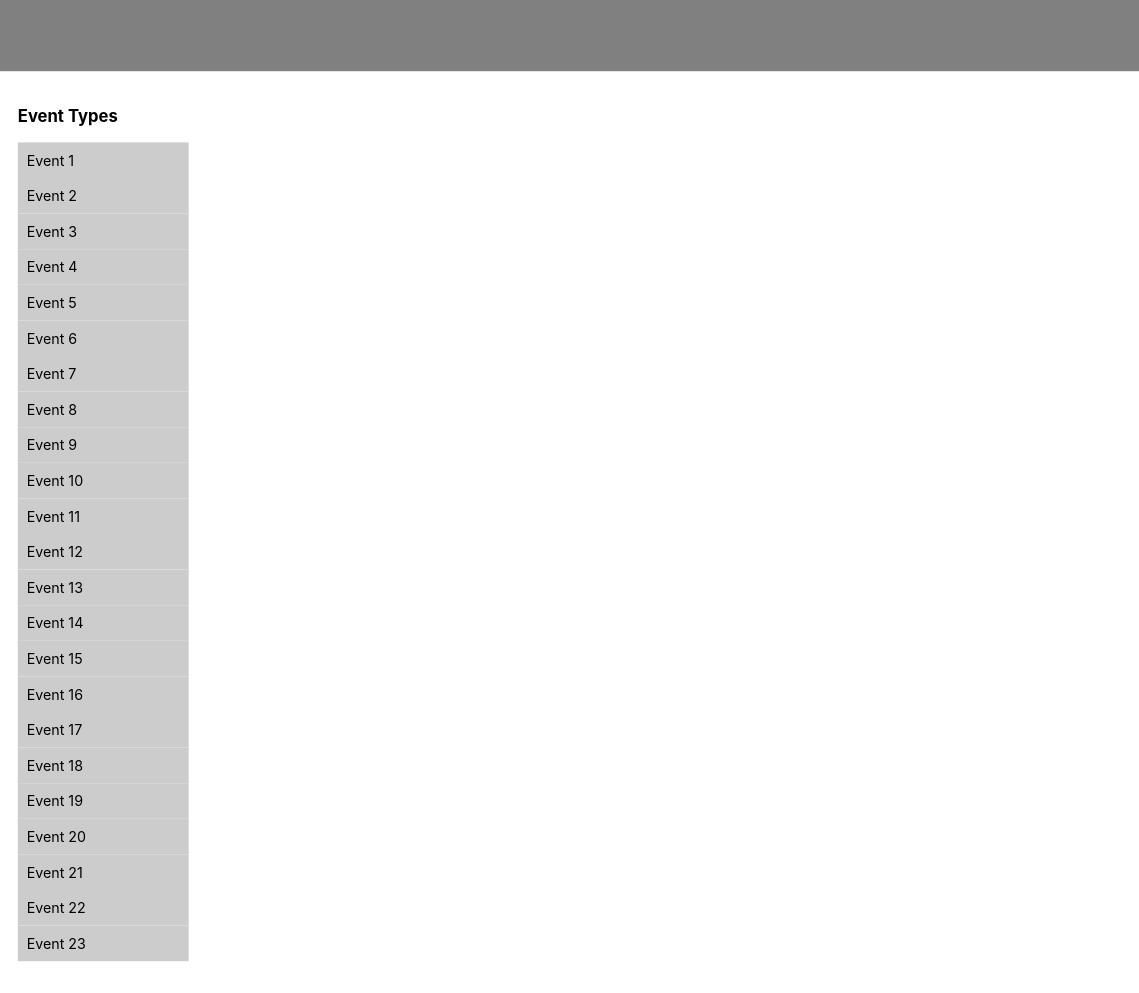
Repository: TauqeerHusain/Assignment
Page: /
An editor plug-in stored every save of this project. The page is shown before and after the next save, followed by the edit.
The browser window is 1280 px wide. The pictures show the whole page, at 89% of full size.
The project was rebuilt for these pictures with package versions that can differ from the ones it lists, and the page was loaded fresh each time.

Above is the page before, as saved 2023-02-07 10:52:20.

After the next save:
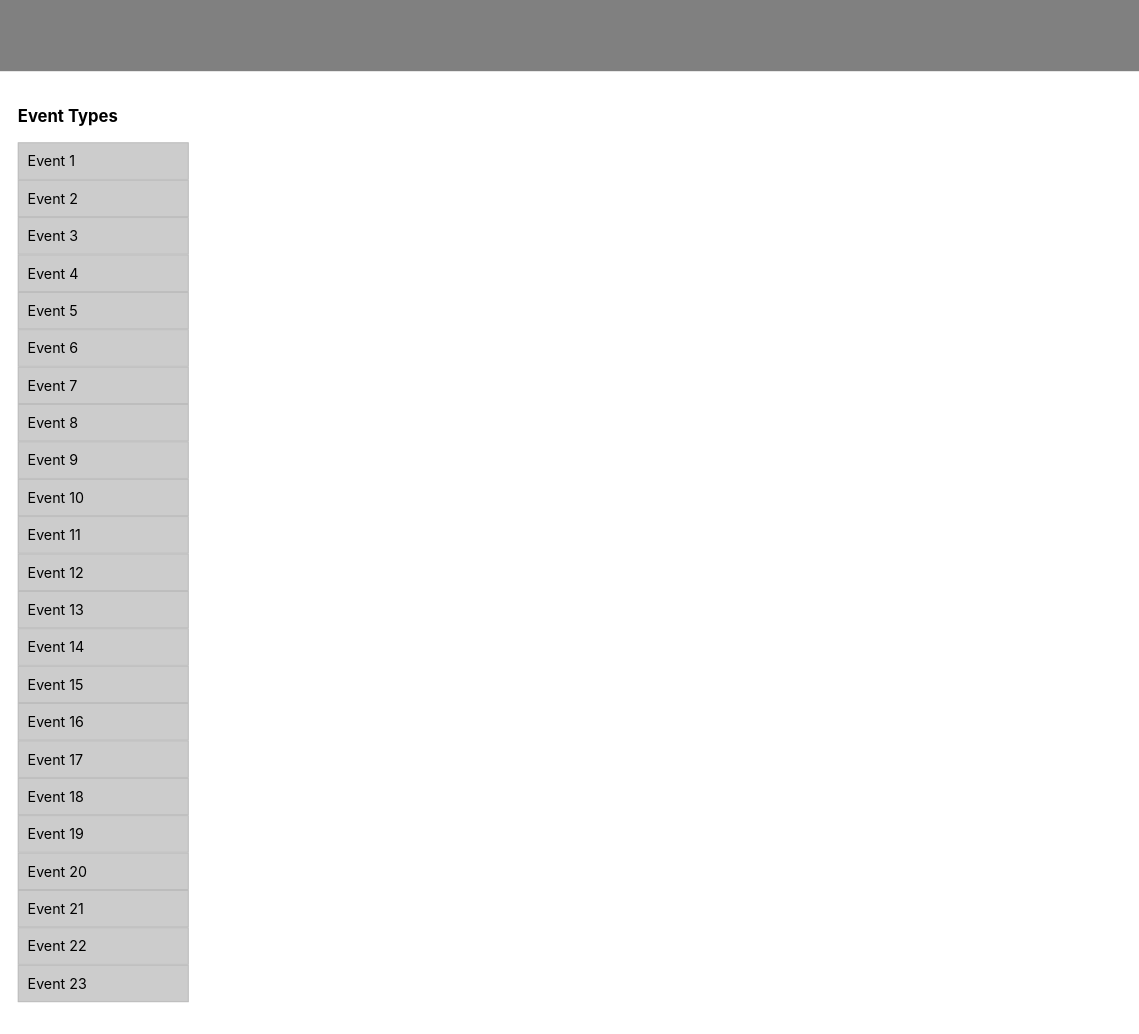
Saved 5 s later.
--- a/src/App.js
+++ b/src/App.js
@@ -229,6 +229,7 @@ const App = () => {
                       ? "skyblue"
                       : "#ccc"
                     : "#ccc",
+                  border: "1px solid #bbb",
                 }}
                 onClick={() => {
                   if (!openTabs.includes(event.name)) {
